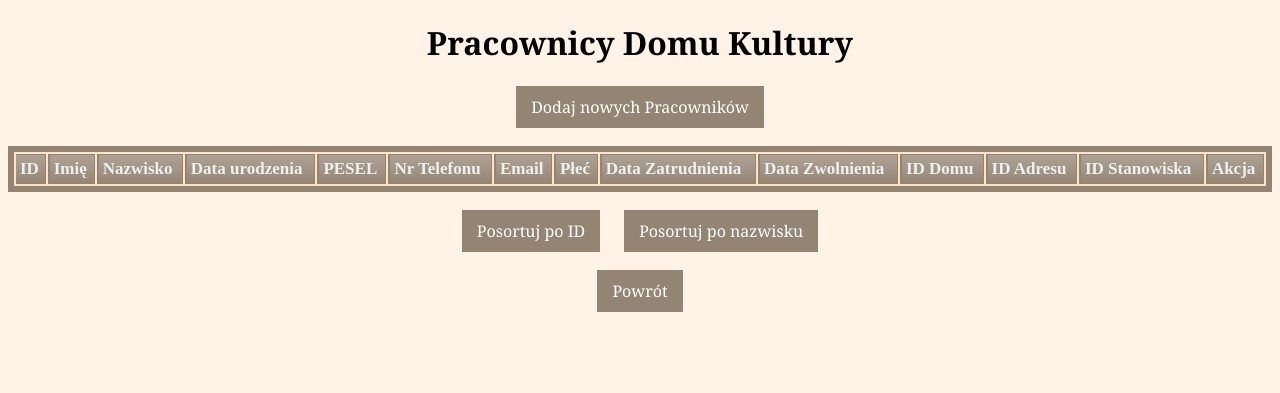
Repository: marcinRuta/houseOfCulture-crud-webapp-database
Page: http://localhost/pracownicy
The author's editor kept a copy of each file at every save. The page is drawn from the files as they stood at one save, then again after the next save.
The browser window is 1280 px wide. The pictures show the whole page.
The page is this project's Thymeleaf template; nobody is signed in. The template is opened directly, without the code that normally fills it, so the values that code supplies are empty.

Above is the page before, as saved 2021-01-14 10:54:39.

### DomKultury/src/main/resources/templates/pracownicy.html
<!DOCTYPE html>
<html xmlns="http://www.w3.org/1999/xhtml"
	xmlns:th="http://www.thymeleaf.org">
<head>
<meta charset="UTF-8">
<title>Aplikacja do obsługi Domu Kultury</title>
<link rel="stylesheet" href="../static/css/tabele.css" th:href="@{/css/tabele.css}" >
</head>
<body>

	<div align="center">
		<!--  Page header  -->
		<h1>Pracownicy Domu Kultury</h1>
		<a href="/newP">Dodaj nowych Pracowników</a>
		<br/>	<br/>


		<!-- Table -->
			<table class="cinereousTable">

			<!-- Entry to a new page -->


			<!-- Table header -->
			<thead>
				<tr>
					<th>ID</th>
					<th>Imię</th>
					<th>Nazwisko</th>
					<th>Data urodzenia</th>
					<th>PESEL</th>
					<th>Nr Telefonu</th>
					<th>Email</th>
					<th>Płeć</th>
					<th>Data Zatrudnienia</th>
					<th>Data Zwolnienia</th>
					<th>ID Domu</th>
					<th>ID Adresu</th>
					<th>ID Stanowiska</th>
					<th>Akcja</th>
				</tr>
			</thead>

			<!-- Table body-->
			<tbody>
				<tr th:each="Pracownicy : ${listPracownicy}">
					<td th:text="${Pracownicy.ID_Pracownika}">ID_Pracownika</td>
					<td th:text="${Pracownicy.Imie}">Imie</td>
					<td th:text="${Pracownicy.Nazwisko}">Nazwisko</td>
					<td th:text="${Pracownicy.Data_urodzenia}">Data_urodzenia</td>
					<td th:text="${Pracownicy.PESEL}">PESEL</td>
					<td th:text="${Pracownicy.NR_Telefonu}">NR_Telefonu</td>
					<td th:text="${Pracownicy.Email}">Email</td>
					<td th:text="${Pracownicy.Plec}">Plec</td>
					<td th:text="${Pracownicy.Data_Zatrudnienia}">Data_Zatrudnienia</td>
					<td th:text="${Pracownicy.Data_Zwolnienia}">Data_Zwolnienia</td>
					<td th:text="${Pracownicy.ID_Domu}">ID_Domu</td>
					<td th:text="${Pracownicy.ID_Adresu}">ID_Adresu</td>
					<td th:text="${Pracownicy.ID_Stanowiska}">ID_Stanowiska</td>

					<td><a th:href="@{'/editP/' + ${Pracownicy.ID_Pracownika}}">Edit</a>
						&nbsp;&nbsp;&nbsp;&nbsp;
					<a th:href="@{'/deleteP/' +${Pracownicy.ID_Pracownika}}">Delete</a></td>
				</tr>
			</tbody>
		</table>
		<br/>
		<a th:href="@{/P}">Posortuj po ID</a> &nbsp;&nbsp;&nbsp;&nbsp;
		<a th:href="@{/RefreshPNazw}">Posortuj po nazwisku</a>
		<br/>
		<br/>
		<!-- EXIT -->
		<a href="/tables">Powrót</a>

	</div>
</body>
</html>

### DomKultury/src/main/resources/static/css/tabele.css

table.cinereousTable {
  border: 6px solid #948473;
  background-color: #FFE3C6;
  width: 100%;
  text-align: center;
}
table.cinereousTable td, table.cinereousTable th {
  border: 1px solid #948473;
  padding: 4px 4px;
}
table.cinereousTable tbody td {
  font-size: 13px;
}
table.cinereousTable thead {
  background: #948473;
  background: -moz-linear-gradient(top, #afa396 0%, #9e9081 66%, #948473 100%);
  background: -webkit-linear-gradient(top, #afa396 0%, #9e9081 66%, #948473 100%);
  background: linear-gradient(to bottom, #afa396 0%, #9e9081 66%, #948473 100%);
}
table.cinereousTable thead th {
  font-size: 17px;
  font-weight: bold;
  color: #F0F0F0;
  text-align: left;
  border-left: 2px solid #948473;
}
table.cinereousTable thead th:first-child {
  border-left: none;
}

table.cinereousTable tfoot td {
  font-size: 16px;
}

body {
  background-color: #FFF3E7;
}
h1 {
  color: black;
  font-family: Georgia, serif;
}
p {
  color: black;
}
a:link, a:visited {
  background-color: #948473;
  color: white;
  padding: 10px 15px;
  text-align: center;
  text-decoration: none;
  display: inline-block;
  font-family: Georgia, serif;
}

a:hover, a:active {
  background-color: 948473;
}
.button {
  background-color: #948473; /* Green */
  border: none;
  color: white;
  padding: 10px 14px;
  text-align: center;
  text-decoration: none;
  display: inline-block;
  font-size: 16px;
  font-family: Georgia, serif;
  transition-duration: 0.4s;
}

.button:hover {
 background-color: #3D362F ;
  border: none;
  color: white;
  padding: 10px 11px;
  text-align: center;
  text-decoration: none;
  display: inline-block;
  font-size: 16px;
  font-family: Georgia, serif;

}

After the next save:
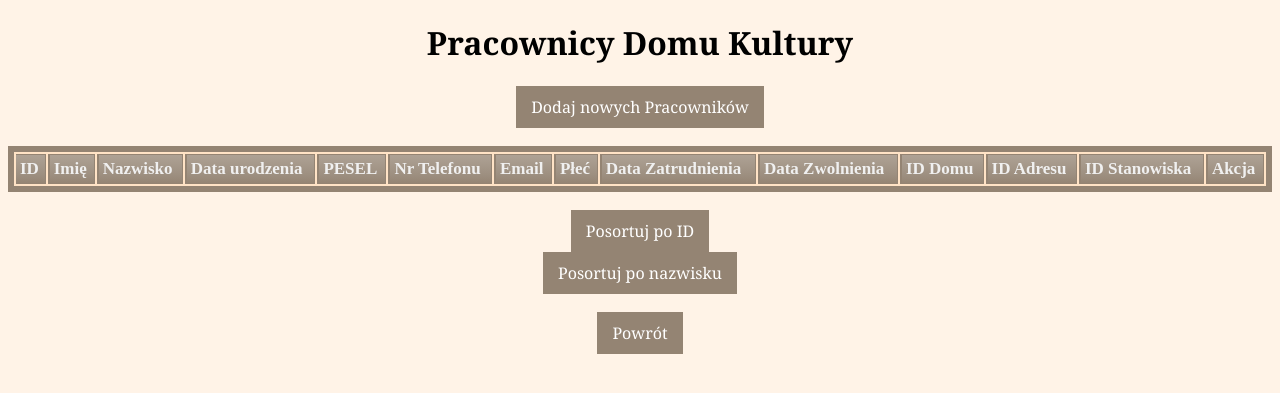
Saved 26 s later.
--- a/DomKultury/src/main/resources/templates/pracownicy.html
+++ b/DomKultury/src/main/resources/templates/pracownicy.html
@@ -65,7 +65,7 @@
 			</tbody>
 		</table>
 		<br/>
-		<a th:href="@{/P}">Posortuj po ID</a> &nbsp;&nbsp;&nbsp;&nbsp;
+		<a th:href="@{/P}">Posortuj po ID</a> <br/>
 		<a th:href="@{/RefreshPNazw}">Posortuj po nazwisku</a>
 		<br/>
 		<br/>
